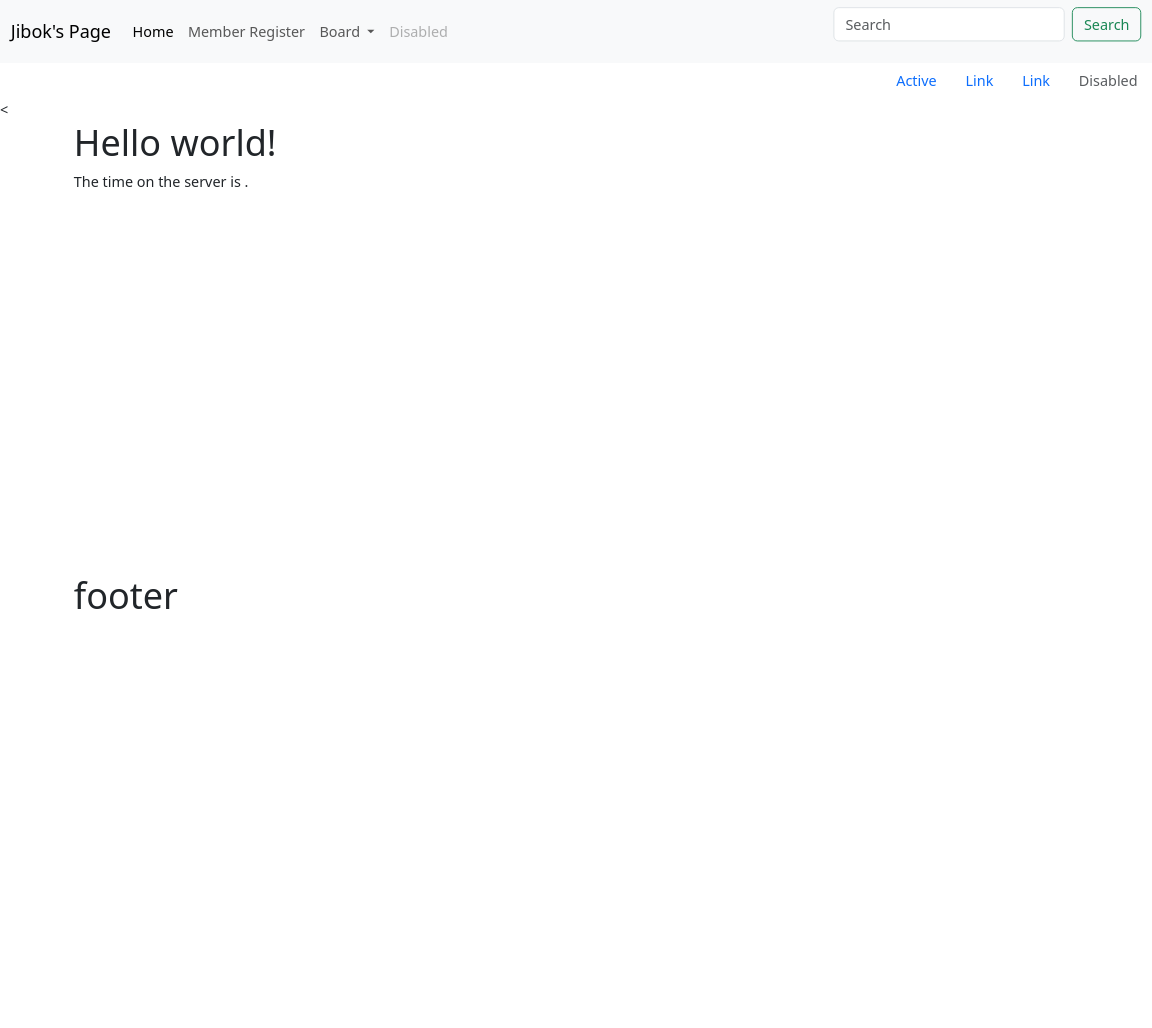
Repository: budflower44/Spring_project
Page: http://localhost/spring_seulmi/WEB-INF/views/index.jsp
These files come from the project's save history. The page is drawn as it stood at one moment and after the next save; the edit follows.
The browser window is 1280 px wide. The pictures show the whole page, at 90% of full size.
The page is served by Tomcat 9. Nobody is signed in. The template is opened directly, without the code that normally fills it, so the values that code supplies are empty.

Above is the page before, as saved 2024-01-17 05:10:31.

After the next save:
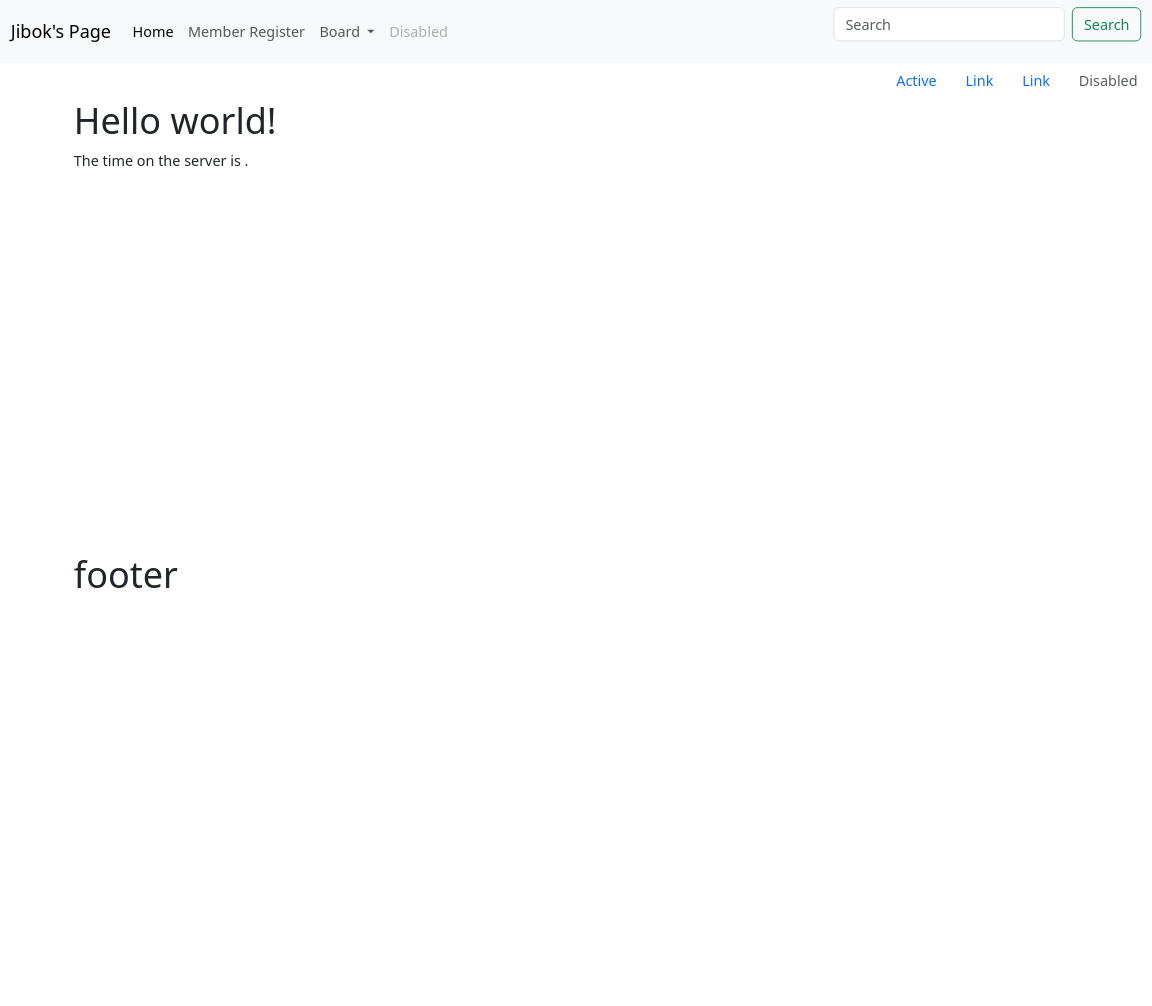
Saved 3 min 25 s later.
--- a/spring_seulmi/src/main/webapp/WEB-INF/views/index.jsp
+++ b/spring_seulmi/src/main/webapp/WEB-INF/views/index.jsp
@@ -1,7 +1,7 @@
 
 <jsp:include page="layout/header.jsp" />
 <jsp:include page="layout/Nav.jsp" />
-<<style>
+<style>
 	.container{
 		height: 70%;
 	}
